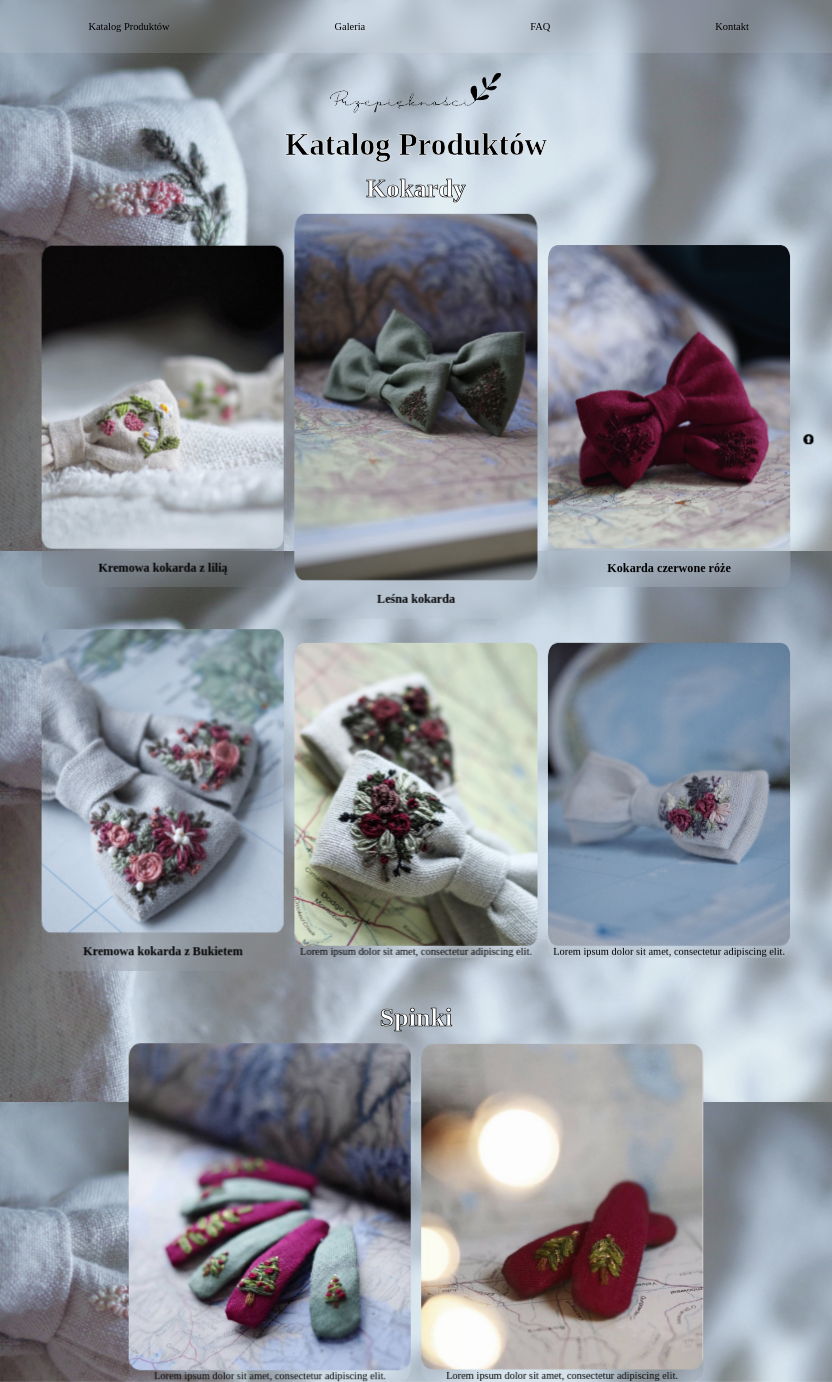
Repository: kowalkos/Rak_projekt
Page: /produkty
The author's editor kept a copy of each file at every save. The page is drawn from the files as they stood at one save, then again after the next save.
The browser window is 1280 px wide. The pictures show the whole page, at 65% of full size.
Backgrounds fixed to the window are drawn as part of the page. The project was rebuilt for these pictures with package versions that can differ from the ones it lists, and the page was loaded fresh each time. Also part of the build but not shown: src/components/galeria/Galeria.css, src/components/galeria/Galeria.js, src/components/main/Main.js, src/components/FAQ/Faq.js, src/components/about/About.css, src/components/about/About.js.

Above is the page before, as saved 2022-01-19 15:06:06.

After the next save:
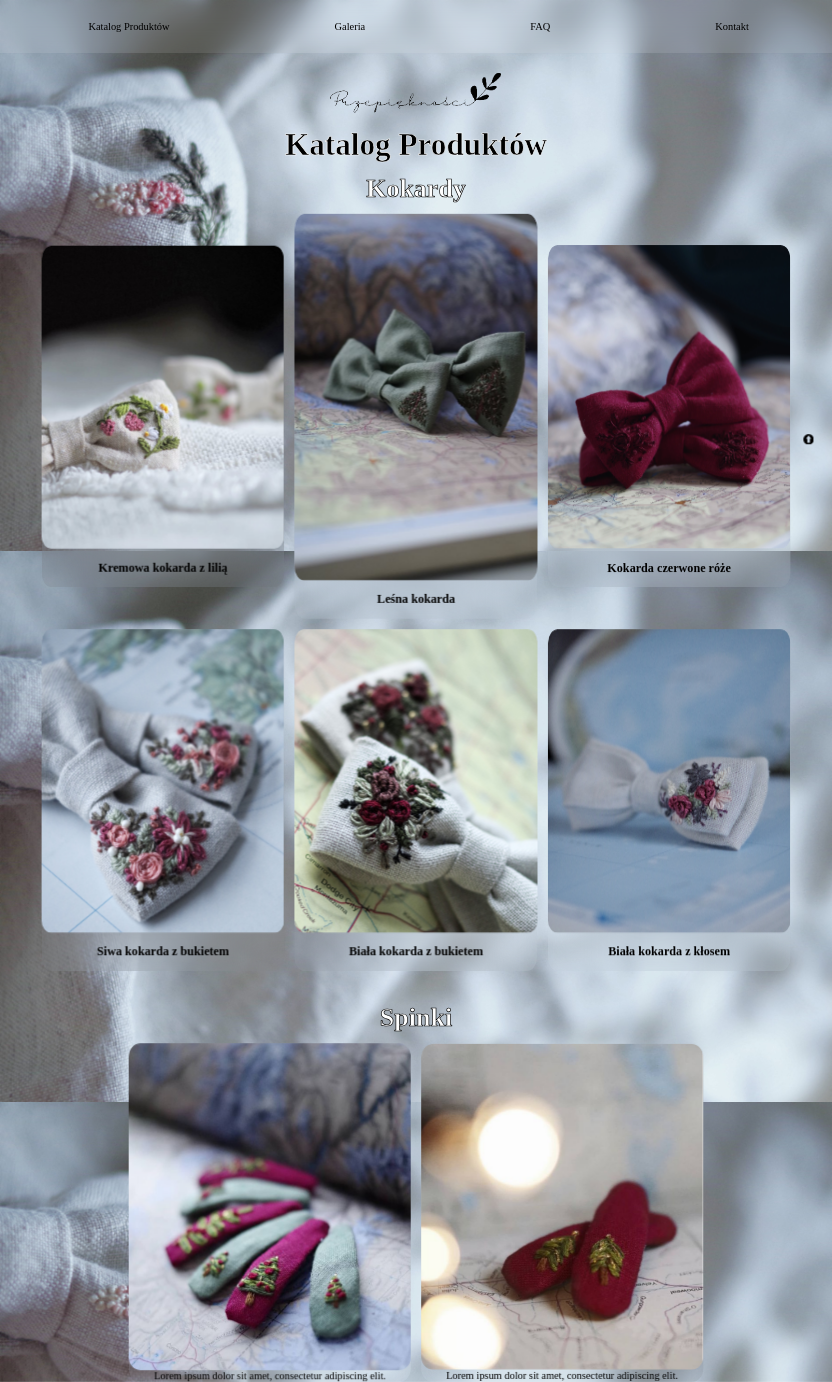
Saved 62 s later.
--- a/src/components/produkty/produkt.js
+++ b/src/components/produkty/produkt.js
@@ -34,15 +34,15 @@ function Produkt(props) {
                 </div>
                 <div className='items'>
                     <img src={kokarda4} />
-                    <h3>Kremowa kokarda z Bukietem</h3>
+                    <h3>Siwa kokarda z bukietem</h3>
                 </div>
                 <div className='items'>
                     <img src={kokarda5} />
-                    Lorem ipsum dolor sit amet, consectetur adipiscing elit.
+                    <h3>Biała kokarda z bukietem</h3>
                 </div>
                 <div className='items'>
                     <img src={kokarda6} />
-                    Lorem ipsum dolor sit amet, consectetur adipiscing elit.
+                    <h3>Biała kokarda z kłosem</h3>
                 </div>
             </div>
         </section>
